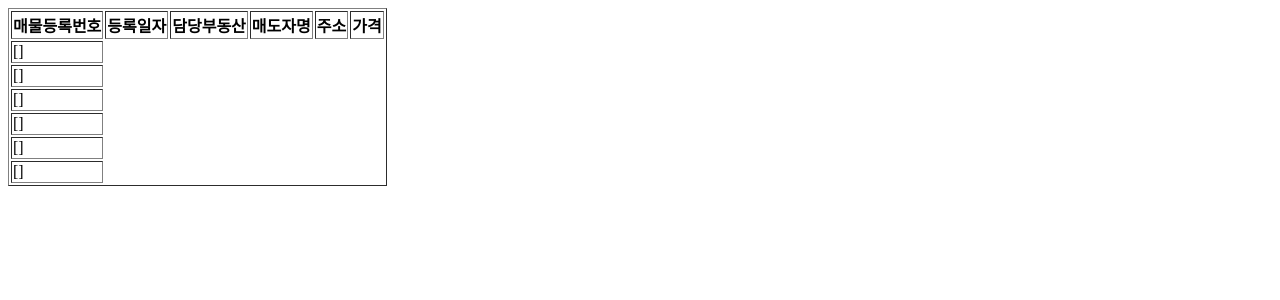
Repository: Leekm0912/2-1_JSP-DB_Project
Page: http://localhost/WebTest/DB/DBTest.jsp
The author's editor kept a copy of each file at every save. The page is drawn from the files as they stood at one save, then again after the next save.
The browser window is 1280 px wide. The pictures show the whole page.
The page is served by Tomcat 9. Queries for data that is not in the repository find no rows.

Above is the page before, as saved 2020-06-10 01:53:20.

After the next save:
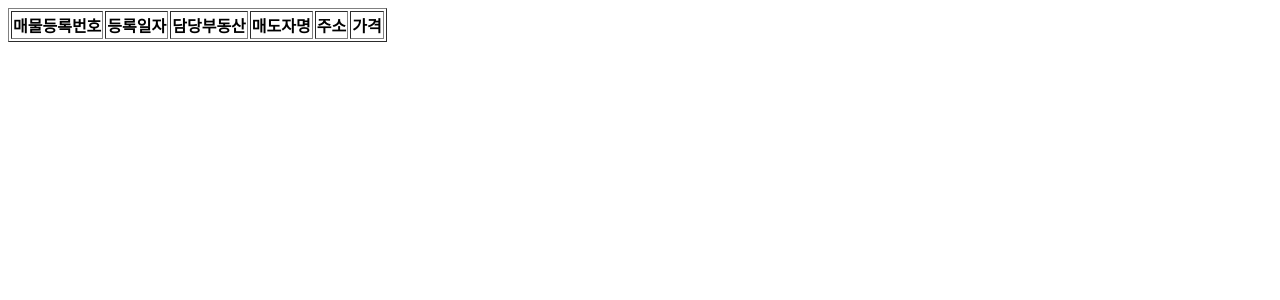
Saved 4 min 29 s later.
--- a/WebTest/WebContent/DB/DBTest.jsp
+++ b/WebTest/WebContent/DB/DBTest.jsp
@@ -60,7 +60,7 @@
 			<th>주소</th>
 			<th>가격</th>
 		</tr>
-		<tr>
+		<%-- <tr>
 			<c:forEach var="i" items="${ row1 }">
 				<td>${ i }</td>
 			</c:forEach>
@@ -90,7 +90,7 @@
 				<td>${ i }</td>
 			</c:forEach>
 		</tr>
-
+		--%>
 
 
 	</table>
